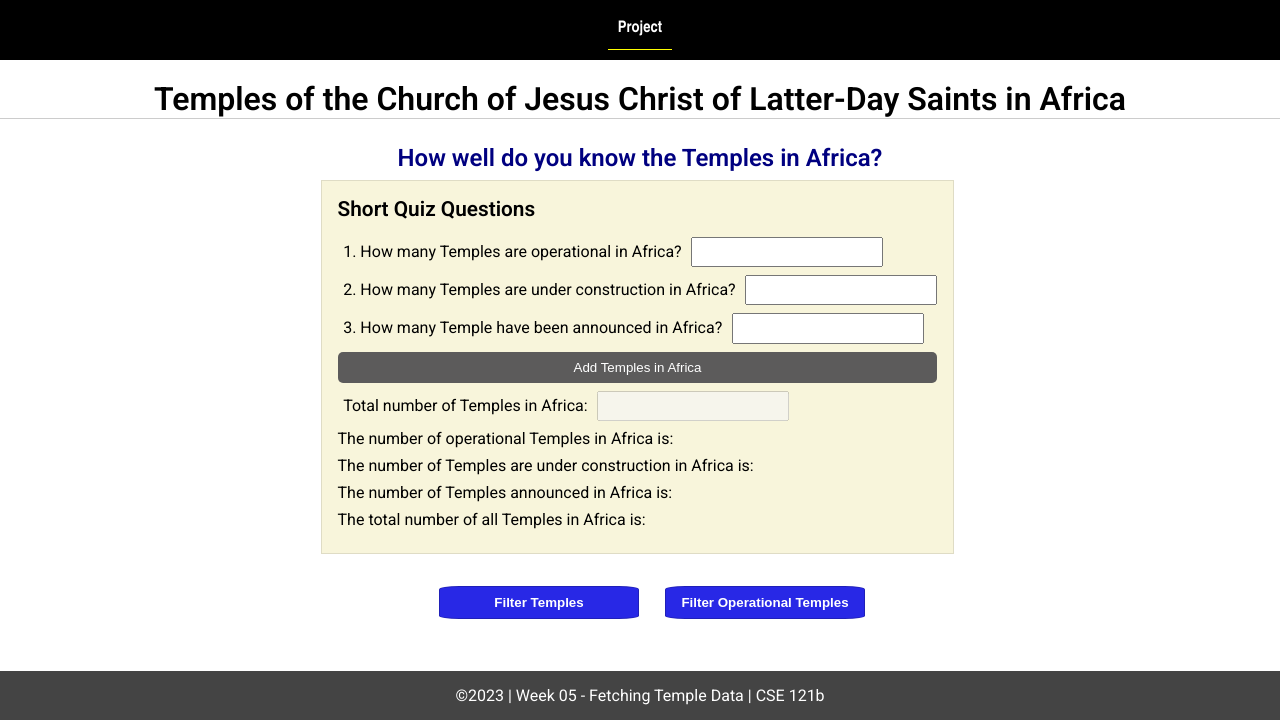
Repository: mszakutumela/cse121b
Page: Project/project.html
The author's editor kept a copy of each file at every save. The page is drawn from the files as they stood at one save, then again after the next save.
The browser window is 1280 px wide. The pictures show the whole page.
The page's requests for data from a server got no answer.

Above is the page before, as saved 2023-10-27 11:43:54.

### Project/project.html
<!DOCTYPE html>
<html lang="en">

<head>
  <meta charset="UTF-8">
  <meta name="viewport" content="width=device-width, initial-scale=1.0">
  <title>CSE 121b | Project: Programming Tasks</title>
  <link rel="preconnect" href="https://fonts.googleapis.com">
  <link rel="preconnect" href="https://fonts.gstatic.com" crossorigin>
  <link href="https://fonts.googleapis.com/css2?family=Roboto:wght@400;600&display=swap"
    rel="stylesheet">
  <link rel="stylesheet" href="styles/main.css">
</head>

<body>
  <nav>
    <ul id="menu">
      <li><a id="toggleMenu">&equiv;</a></li>
      <!-- <li><a href="index.html">Home</a></li>
      <li><a href="w01-task.html">W1 Task</a></li>
      <li><a href="w03-task.html">W3 Task</a></li>
      <li><a href="w04-task.html">W4 Task</a></li>
      <li><a href="w05-task.html">W5 Task</a></li> -->
      <li><a href="project.html" class="active">Project</a></li>
    </ul>
  </nav>
  <main id="gridly">
    <h1>Temples of the Church of Jesus Christ of Latter-Day Saints in Africa</h1>
    <h2>How well do you know the Temples in Africa?</h2>

    <main id="quiz">
      <section id="section1">
          <article>
              <h3>Short Quiz Questions</h3>
              <div>
                  <label for="add1">1. How many Temples are operational in Africa?</label>
                  <input type="text" id="add1" name="add1">
              </div>
              <div>
                  <label for="add2">2. How many Temples are under construction in Africa?</label>
                  <input type="text" id="add2" name="add2">
              </div>
              <div>
                <label for="add3">3. How many Temple have been announced in Africa?</label>
                <input type="text" id="add3" name="add3">
              </div>
              <div>
                  <input type="button" id="addTemples" value="Add Temples in Africa">
              </div>
              <div>
                  <label for="sum">Total number of Temples in Africa:</label>
                  <input type="text" id="sum" name="sum" disabled>
              </div>



            <div class="answerOne">The number of operational Temples in Africa is: <span id="ans1"></span></div>

            <div class="answerTwo">The number of Temples are under construction in Africa is: <span id="ans2"></span></div>

            <div class="answerThree">The number of Temples announced in Africa is: <span id="ans3"></span></div>

            <div class="answerFour">The total number of all Temples in Africa is: <span id="ans4"></span></div>

          </article>
      </section>
    </main>

    <main id="filters">
      <select id="sortBy" title="Choose a temple filter.">
        <option value="" disabled selected>Filter Temples</option>
        <option value="operate">Operational</option>
        <option value="construct">Under Construction</option>
        <option value="named">Announced</option>
        <option value="all">All Temples in Africa</option>
      </select>

      <select id="sortBy2" title="Choose an operational temple filter.">
        <option value="" disabled selected>Filter Operational Temples</option>
        <option value="aba">Aba Nigeria</option>
        <option value="accra">Accra Ghanal</option>
        <option value="durban">Durban South Africa</option>
        <option value="johannesburg">Johannesburg South Africa</option>
        <option value="kinshasa">Kinshasa DR-Congo</option>
        <option value="all">All Operational Temples</option>
      </select>
    </main>

    <div id="temples">
    </div>
  </main>


  <footer>
    &copy;<span id="year"></span> | Week 05 - Fetching Temple Data | CSE 121b
  </footer>
  <script src="scripts/main.js"></script>
  <script>
    document.getElementById("year").innerHTML = new Date().getFullYear();
  </script>
  <script src="scripts/project.js"></script>
</body>

</html>

### Project/styles/main.css
/* Universal Selector */
* {
    margin: 0;
    padding: 0;
    box-sizing: border-box;
}

/* HTML Selectors */
body {
    font-family: 'Roboto', Helvetica, sans-serif;
}

nav {
    background-color: black;
    width: 100%;
    position: fixed;
    top: 0;
}

nav ul {
    display: flex;
    flex-direction: column;
    align-items: center;
    max-width: -moz-fit-content;
    max-width: fit-content;
    margin: 0 auto;
}

nav ul li {
    flex: 1 1 auto;
}

nav ul li:first-child {
    display: block;
    font-size: 2rem;
}

nav ul li:first-child a {
    padding: 1px 10px;
}

nav ul li {
    display: none;
    list-style: none;
    margin: 10px;
}

nav ul li a {
    display: block;
    padding: 10px;
    text-decoration: none;
    font-weight: 600;
    color: white;
    text-align: center;
    font-family: 'Arial Narrow', Arial, sans-serif;
}

nav ul li a:hover {
    background-color: #efefef;
    color: black;
}

h1,
h2 {
    text-align: center;
    margin: 1rem 0 .5rem;
}

h1 {
    border-bottom: 1px solid #ccc;
}

#gridly h1 {
    margin-top: 80px;
}

h2 {
    font-size: 1.5rem;
    color: navy;
    text-align: center;
    margin-top: 25px;
}

h3 {
    font-size: 1.3rem;
    margin-bottom: 1rem;
}

header {
    margin-top: 70px;
}

picture {
    margin: 0 auto;
}

picture img {
    width: 240px;
    height: auto;
    border-radius: 5%;
    border: 1px solid #ccc;
    box-shadow: 0 0 30px #777;
}

section {
    display: flex;
    flex-direction: column;
    align-items: center;
    margin: 0 auto 1rem;
    border: 1px solid rgba(0, 0, 0, .1);
    padding: 1rem;
    background-color: #eee;
}

article {
    margin-bottom: rem;
}

article div {
    margin-bottom: .5rem;
    text-align: left;
}

label {
    padding: .35rem;
}

input {
    padding: .35rem;
}

input[type="button"] {
    padding: .5rem;
    background-color: #5c5b5b;
    color: white;
    border: none;
    border-radius: 5px;
    cursor: pointer;
    width: 100%
}


input[type="checkbox"] {
    width: 25px;
    height: 25px;
}

dt {
    font-weight: 700;
}

dt::before {
    content: "🏘️ ";
}

dd {
    margin: 0 0 .5rem 2rem;
    font-size: smaller;
}

footer {
    background-color: #444;
    color: white;
    padding: 15px;
    text-align: center;
    width: 100%;
    position: fixed;
    bottom: 0;
}

/* Class Selectors */
.active {
    border-bottom: 1px solid yellow;
}

.open li {
    display: block;
}

.block {
    display: block;
}

.larger {
    font-size: larger;
    color: red;
}

.right {
    width: 100%;
    text-align: right;
}

.middle {
    display: flex;
    align-items: center;
    justify-content: right;
    gap: 1rem;
}

/* ID Selectors */

#home {
    margin-top: 125px;
    display: grid;
    grid-template-columns: 1fr;
    grid-gap: 20px;
    align-items: center;
    justify-content: center;
}


#section1 {
    background-color: rgba(241, 236, 183, 0.5);
}

#section2 {
    background-color: rgba(200, 200, 250, 0.5);

}

#section2 div {
    margin-bottom: 1rem;
}

#section3 {
    background-color: rgb(250, 225, 250, .5);
}

#sortBy {
    appearance: none;
    /* display: flex; */
    padding: .5rem;
    background-color: rgb(40, 40, 230);
    color: white;
    font-weight: 700;
    margin: 1rem auto;
    width: 200px;
    border: 1px solid rgba(0, 0, 0, .2);
    text-align: center;
    border-radius: 10%;
}

#sortBy option:disabled {
    font-style: italic;
    padding: 1rem;
    background-color: #111;
    color: #eee;
}

#sortBy2 {
    appearance: none;
    /* display: flex; */
    padding: .5rem;
    background-color: rgb(40, 40, 230);
    color: white;
    font-weight: 700;
    margin: 1rem auto;
    width: 200px;
    border: 1px solid rgba(0, 0, 0, .2);
    text-align: center;
    border-radius: 10%;
}

#sortBy2 option:disabled {
    font-style: italic;
    padding: 1rem;
    background-color: #111;
    color: #eee;
}

#temples {
    display: grid;
    grid-template-columns: repeat(auto-fit, minmax(320px, 1fr));
    grid-gap: .5rem;
    align-items: center;
    margin-bottom: 3rem;
}

#temples article {
    height: 250px;
    margin: .5rem;
    border: 1px solid rgba(0, 0, 0, .1);
    padding: 1rem;
    background-color: #eee;
    display: flex;
    flex-direction: column;
    align-items: center;
    justify-content: center;
}

#temples h4 {
    color: navy;
    font-size: smaller;
}


#temples img {
    width: 250px;
    height: auto;
    box-shadow: 0 0 30px #777;
    margin: .5rem;
}

/* Media Queries */
@media only screen and (min-width: 32.5em) {
    nav ul {
        flex-direction: row;
    }

    nav ul li:first-child {
        display: none;
    }

    nav ul li {
        display: block;
    }

    section {
        min-width: 300px;
    }

    #home {
        margin: 100px auto 20px;
        grid-template-columns: 250px 1fr;
        max-width: -moz-fit-content;
        max-width: fit-content;
    }

    #quiz {
        display: grid;
        grid-template-columns: 6fr 0fr;
        grid-gap: 5px;
        margin: 0 auto;
        max-width: 950px;
    }

    #filters {
        display: grid;
        grid-template-columns: 4fr 2fr;
        grid-gap: 2px;
        margin: 0 auto;
        max-width: 450px;
    }

}

### Project/scripts/project.js
/* Project */

// Short Quiz Section

function add(Number1, Number2, Number3) {
    return Number1 + Number2 + Number3;
}

function addTemples() {
    let addNumber1 = Number(document.querySelector('#add1').value);
    let addNumber2 = Number(document.querySelector('#add2').value);
    let addNumber3 = Number(document.querySelector('#add3').value);
    document.querySelector('#sum').value = add(addNumber1, addNumber2, addNumber3);
}
document.querySelector('#addTemples').addEventListener('click', addTemples,);

/* Variables */

function answers() {
    let answerOne = "5";
    let answerTwo = "4";
    let answerThree = "12";
    let answerFour = "21";

    const ans1Element = document.getElementById('ans1');
    const ans2Element = document.getElementById('ans2');
    const ans3Element = document.getElementById('ans3');
    const ans4Element = document.getElementById('ans4');

    ans1Element.innerHTML = `<strong>${answerOne}</strong>`;
    ans2Element.innerHTML = `<strong>${answerTwo}</strong>`;
    ans3Element.innerHTML = `<strong>${answerThree}</strong>`;
    ans4Element.innerHTML = `<strong>${answerFour}</strong>`;
}



// Temples of the Church of Jesus Christ of Latter-Day Saints in Africa

// temple JSON file: https://mszakutumela.github.io/cse121b/temples_in_africa.json

/* Declare and initialize global variables */

const templesElement = document.querySelector("#temples");
let templeList = [];

/* async displayTemples Function */

const displayTemples = (temples) => {
    temples.forEach(temple => {
    let article = document.createElement("article");
    let templeName = document.createElement("h3");
    templeName.textContent = temple.templeName;

    let img = document.createElement("img");
    img.setAttribute("src",temple.imageUrl);
    img.setAttribute("alt", temple.location);

    article.appendChild(templeName);
    article.appendChild(img);

    templesElement.appendChild(article);
    });
};

/* async getTemples Function using fetch()*/

const getTemples = async () => {
    let url = "https://mszakutumela.github.io/cse121b/temples_in_africa.json";
    const response = await fetch(url);
    if (response.ok){
        templeList = await response.json();
        displayTemples(templeList);
    }
}

/* Reset Function */

let reset = () => {
    templesElement.innerHTML = "";
}

/* SortBy Function */

const sortBy = (temples) => {
    reset();
    let filter = document.querySelector("#sortBy").value;
        switch (filter) {

            case "operate":
                displayTemples(temples.filter((temple) => temple.status.includes("use")));
                break;

            case "construct":
                displayTemples(temples.filter((temple) => temple.status.includes("progress")));
                break;

            case "named":
                displayTemples(temples.filter((temple) => temple.status.includes("notbornyet")));
                break;

            case "all":
                displayTemples(temples);
                break;
        }
    }

/* Event Listener */

document.querySelector("#sortBy") .addEventListener("change", () => { sortBy(templeList) });

/* SortBy2 Function */

const sortBy2 = (temples) => {
    reset();
    let filter = document.querySelector("#sortBy2").value;
        switch (filter) {

            case "aba":
                displayTemples(temples.filter((temple) => temple.location.includes("Aba")));
                break;

            case "accra":
                displayTemples(temples.filter((temple) => temple.location.includes("Accra")));
                break;atu

            case "durban":
                displayTemples(temples.filter((temple) => temple.location.includes("Durban")));
                break;

            case "johannesburg":
                displayTemples(temples.filter((temple) => temple.location.includes("Johannesburg")));
                break;

            case "kinshasa":
                displayTemples(temples.filter((temple) => temple.location.includes("Kinshasa")));
                break;

            case "all":
                displayTemples(temples.filter((temple) => temple.status.includes("use")));
                break;
        }
    }

/* Event Listener */

document.querySelector("#sortBy2") .addEventListener("change", () => { sortBy2(templeList) });

getTemples();

Loaded but not shown: Project/scripts/main.js (common file)

After the next save:
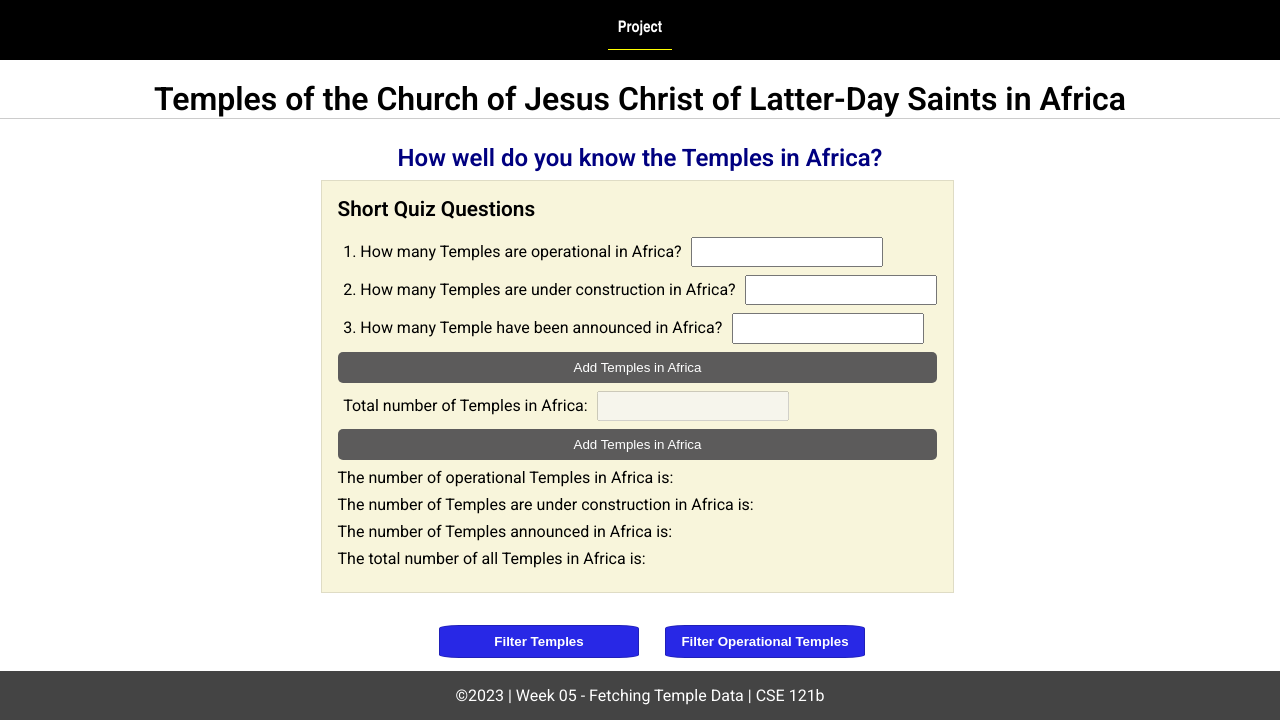
Saved 4 s later.
--- a/Project/project.html
+++ b/Project/project.html
@@ -52,7 +52,9 @@
                   <input type="text" id="sum" name="sum" disabled>
               </div>
 
-
+              <div>
+                <input type="button" id="addTemples" value="Add Temples in Africa">
+            </div>
 
             <div class="answerOne">The number of operational Temples in Africa is: <span id="ans1"></span></div>
 
